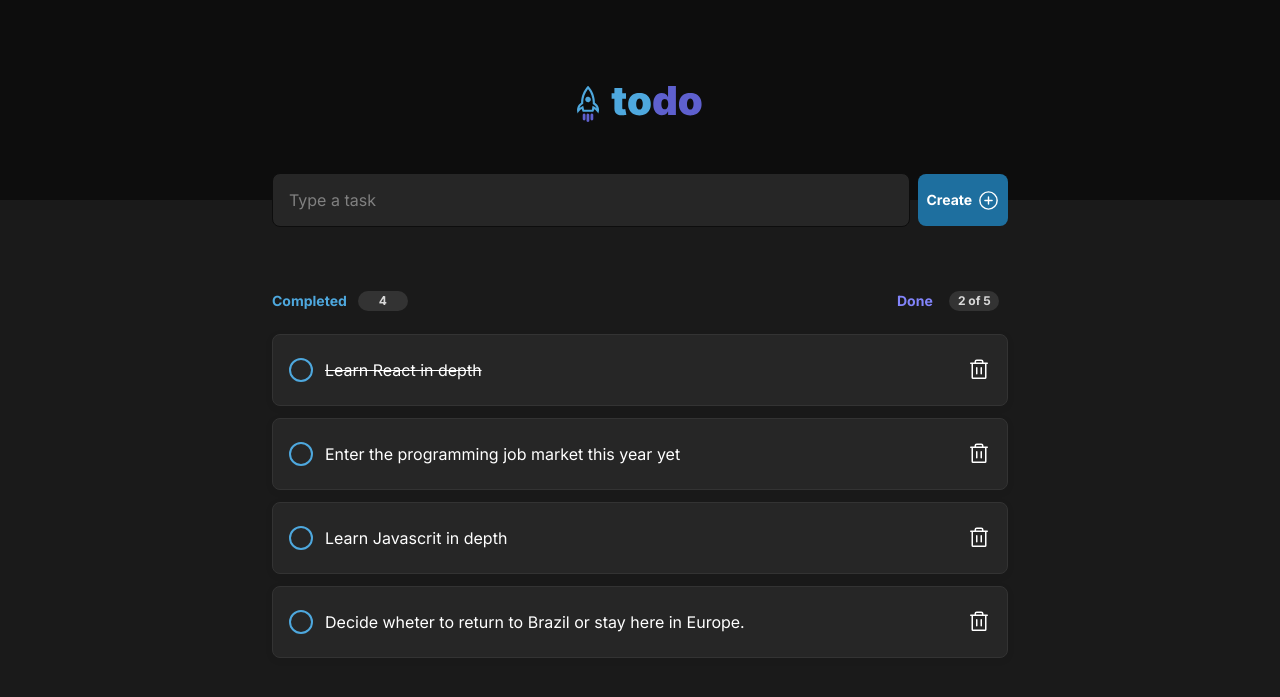
Repository: JoseGu1llardi/to-do-list-D01
Page: /
An editor plug-in stored every save of this project. The page is shown before and after the next save, followed by the edit.
The browser window is 1280 px wide. The pictures show the whole page.
The project was rebuilt for these pictures with package versions that can differ from the ones it lists, and the page was loaded fresh each time. Requests to the local data server were answered from the project's data file. Also part of the build but not shown: vite.config.ts.

Above is the page before, as saved 2023-03-13 22:01:04.

### index.html
<!DOCTYPE html>
<html lang="en">
  <head>
    <meta charset="UTF-8" />

    <link rel="preconnect" href="https://fonts.googleapis.com" />
    <link rel="preconnect" href="https://fonts.gstatic.com" crossorigin />

    <link
      href="https://fonts.googleapis.com/css2?family=Inter:wght@400;700&display=swap"
      rel="stylesheet"
    />

    <link rel="icon" type="image/svg+xml" href="/vite.svg" />
    <meta name="viewport" content="width=device-width, initial-scale=1.0" />
    <title>Vite + React + TS</title>
  </head>
  <body>
    <div id="root"></div>
    <script type="module" src="/src/main.tsx"></script>
  </body>
</html>

### src/App.tsx
import { TaskProvider } from './contexts/TaskContext';

import { Header } from "./components/Header";
import { Input } from "./components/Input";
import { Button } from "./components/Button";
import { TasksList } from "./components/TasksList";

import styles from './App.module.css';
import "./global.css";

function App() {
  return (
    <TaskProvider>
      <Header />

      <form className={styles.newTaskContainer}>
        <Input />
        <Button />
      </form>

      <div className={styles.tasksContainer}>
        <TasksList />
      </div>
    </TaskProvider>
  )
}

export default App

### src/contexts/TaskContext.tsx
import { useState, useEffect, createContext, ReactNode } from 'react';

import api from '../services/api';

export interface TaskType {
    id: number;
    content: string;
    status: boolean;
}

interface TaskProviderProps {
    children: ReactNode;
}

interface TaskConstextData {
    tasks: TaskType[];
}

export const TaskContext = createContext({} as TaskConstextData);

export function TaskProvider({ children }: TaskProviderProps) {
    const [tasks, setTasks] = useState<TaskType[]>([]);

    useEffect(() => {
        api.get("/tasks")
            .then(({ data }) => setTasks(data))
    }, [tasks]);

    return (
        <TaskContext.Provider value={{ tasks }}>
            {children}
        </TaskContext.Provider>
    )
}

### src/components/Header/index.tsx
import Logo from '../../assets/Logo (1).svg'

import styles from './styles.module.css';

export function Header() {
    return (
        <header className={styles.container}>
            <img src={Logo} />
        </header>
    )
}

### src/components/Input/index.tsx
import { InputHTMLAttributes } from 'react';

import styles from './styles.module.css';

interface InputProps extends InputHTMLAttributes<HTMLInputElement> {

}

export function Input() {
    return (
        <input
            type="text"
            className={styles.input}
            placeholder='Type a task'
        />
    )
}

### src/components/Button/index.tsx
import { PlusCircle } from '@phosphor-icons/react'

import styles from './styles.module.css';

export function Button() {
    return (
        <button className={styles.button}>
            <span>Create</span>
            <PlusCircle size={23} />
        </button>
    )
}

### src/components/TasksList/index.tsx
import { useContext } from 'react';

import { TaskContext } from '../../contexts/TaskContext';

import { Task } from '../Task';

import Clipboard from '../../assets/Clipboard.svg';

import styles from './styles.module.css';

export function TasksList() {
    const { tasks } = useContext(TaskContext);

    return (
        <>
            <section className={styles.info}>

                <div className={styles.created}>
                    <span>Completed</span>
                    <div className={styles.counterCreated}>
                        <p>{tasks.length}</p>
                    </div>
                </div>

                <div className={styles.done}>
                    <span>Done</span>
                    <div className={styles.doneCreated}>
                        <span>2 of 5</span>
                    </div>
                </div>

            </section>

            {
                tasks.length === 0 ? (
                    <section className={styles.tasks}>
                        <img src={Clipboard} alt="" />
                        <strong>You don't have tasks registered yet!</strong>
                        <span>Create tasks and organize your to-do list</span>
                    </section>
                ) : (
                    <section className={styles.list}>
                        {
                            tasks.map((task) => (
                                <Task
                                    key={task.id}
                                    content={task.content}
                                    status={task.status}
                                    id={task.id} />
                            ))
                        }
                    </section>
                )
            }
        </>
    )
}

### src/App.module.css
.newTaskContainer {
  display: flex;
  flex-direction: row;
  align-items: center;
  padding: 0px;
  gap: 8px;

  position: absolute;
  width: 46rem;
  height: 3.375rem;
  left: calc(50% - 736px / 2);
  top: 10.8125rem;
}

.tasksContainer {
  display: flex;
  flex-direction: column;
  align-items: flex-start;
  padding: 0px;
  gap: 24px;

  position: absolute;
  width: 736px;
  height: 287px;
  left: calc(50% - 736px / 2);
  top: 291px;
}

### src/global.css
:root {
  // Base
  --gray-100: #f2f2f2;
  --gray-200: #d9d9d9;
  --gray-300: #808080;
  --gray-400: #333333;
  --gray-500: #262626;
  --gray-600: #1a1a1a;
  --gray-700: #0d0d0d;

  --danger: #e25858;

  // Product
  --purple: #8284fa;
  --dark-purple: #5e60ce;
  --blue: #4ea8de;
  --dark-blue: #1e6f9f;
}

* {
  margin: 0;
  padding: 0;
  box-sizing: border-box;
}

body {
  color: #fff;
  background: var(--gray-600);

  width: 100%;
  height: 100%;
  max-height: 1024px;
  position: relative;
}

body,
input,
textarea,
button {
  font-family: "Inter", sans-serif;
  font-weight: 400;
  font-size: 1rem;
}

### src/services/api.ts
import axios from 'axios';

const api = axios.create({
    baseURL: "http://localhost:3000"
});

export default api;

### src/components/Header/styles.module.css
.container {
  position: absolute;
  height: 12.5rem;
  max-width: 100%;
  left: 0;
  right: 0;
  top: 0;

  display: flex;
  align-items: center;
  justify-content: center;

  background: var(--gray-700);
}

.container img {
  position: absolute;
  width: 7.875rem;
  height: 3rem;
}

### src/components/Input/styles.module.css
.input {
  box-sizing: border-box;

  display: flex;
  flex-direction: row;
  align-items: center;
  padding: 16px;
  gap: 8px;

  width: 638px;
  height: 54px;

  background: var(--gray-500);
  color: #fff;

  border: 1px solid var(--gray-700);
  border-radius: 8px;

  flex: none;
  order: 0;
  flex-grow: 1;
}

.input:focus {
  outline: transparent;
  box-shadow: 0 0 0 2px var(--dark-purple);
}

.input::placeholder {
  color: var(--gray-300);
}

### src/components/Button/styles.module.css
.button {
  width: 90px;
  height: 52px;

  display: flex;
  flex-direction: row;
  align-items: center;
  justify-content: center;
  gap: 16px;

  border: 0;
  border-radius: 8px;

  background: var(--dark-blue);
  color: white;

  cursor: pointer;

  transition: filter 0.2s;
}

.button span {
  width: 34px;
  height: 20px;

  font-weight: 700;
  font-size: 14px;
  line-height: 140%;

  color: var(--gray-100);

  flex: none;
  order: 0;
  flex-grow: 0;
}

.button img {
  width: 16px;
  height: 16px;

  flex: none;
  order: 1;
  flex-grow: 0;
}

.button:hover {
  background: var(--blue);
  filter: brightness(0.8);
}

### src/components/Task/index.tsx
import { useState, useContext } from 'react';

import api from '../../services/api';

import { TaskContext } from '../../contexts/TaskContext';

import { Trash } from '@phosphor-icons/react'

import styles from './styles.module.css';

interface TasksProps {
    id: number;
    content: string;
    status: boolean;
}[]

export function Task({ content, status, id }: TasksProps) {
    const [isChecked, setIsChecked] = useState(status);

    async function changeTaskStatus() {
        const response = await api.patch(`/tasks/${id}`, {
            status: !isChecked
        });

        setIsChecked(response.data.status);
    }

    return (
        <section className={styles.task}>
            <div>
                <input
                    id='checked'
                    type="checkbox"
                    onClick={changeTaskStatus}
                />
                <span
                    className={isChecked ? styles.isChecked : ''}
                >
                    {content}
                </span>
            </div>
            <Trash size={20} />
        </section>
    )
}

### src/components/TasksList/styles.module.css
.info {
  display: flex;
  flex-direction: row;
  justify-content: space-between;
  align-items: flex-end;
  padding: 0px;

  width: 736px;
  height: 19px;

  flex: none;
  order: 0;
  align-self: stretch;
  flex-grow: 0;
}

.created {
  display: flex;
  flex-direction: row;
  align-items: center;
  padding: 0px;
  gap: 8px;

  width: 139px;
  height: 19px;

  order: 0;
  flex-grow: 0;
}

.created span {
  font-family: "Inter";
  font-style: normal;
  font-weight: 700;
  font-size: 14px;
  line-height: 17px;

  color: var(--blue);

  flex: none;
  order: 0;
  flex-grow: 0;
}

.counterCreated {
  display: flex;
  flex-direction: row;
  justify-content: center;
  align-items: center;
  padding: 2px 8px;
  gap: 10px;
  margin: 0 auto;

  width: 50px;
  height: 20px;

  background: #333333;
  border-radius: 999px;

  order: 1;
  flex-grow: 0;
}

.counterCreated p {
  display: flex;
  flex-direction: row;
  font-style: normal;
  font-weight: 700;
  font-size: 12px;
  line-height: 15px;

  color: var(--gray-200);
}

.done {
  display: flex;
  box-sizing: border-box;
  flex-direction: row;
  align-items: center;
  padding: 0px;
  gap: 8px;

  width: 111px;
  height: 19px;

  order: 1;
  flex-grow: 0;
}

.done span {
  font-family: "Inter";
  font-style: normal;
  font-weight: 700;
  font-size: 14px;
  line-height: 17px;

  color: #8284fa;

  flex: none;
  order: 0;
  flex-grow: 0;
}

.doneCreated {
  display: flex;
  flex-direction: row;
  justify-content: center;
  box-sizing: border-box;
  align-items: center;
  padding: 2px 8px;
  gap: 10px;
  margin: 0 auto;

  width: 50px;
  height: 20px;

  background: #333333;
  border-radius: 999px;

  order: 1;
  flex-grow: 0;
}

.doneCreated span {
  display: flex;
  flex-direction: row;
  font-style: normal;
  font-weight: 700;
  font-size: 12px;
  line-height: 15px;

  color: var(--gray-200);
}

.tasks {
  box-sizing: border-box;

  display: flex;
  flex-direction: column;
  justify-content: center;
  align-items: center;
  padding: 64px 24px;
  gap: 16px;

  width: 736px;
  height: 244px;

  border-top: 1px solid #333333;
  border-radius: 8px;

  flex: none;
  order: 1;
  align-self: stretch;
  flex-grow: 0;
}

.tasks img {
  width: 56px;
  height: 56px;

  flex: none;
  order: 0;
  flex-grow: 0;
}

.tasks strong {
  display: block;
  font-style: normal;
  font-weight: 700;
  font-size: 16px;

  text-align: center;

  color: var(--gray-300);

  flex: none;
  align-self: stretch;
  flex-grow: 0;
}

.tasks span {
  font-style: normal;
  font-weight: 300;
  font-size: 16px;

  color: var(--gray-300);
}

.list {
  display: flex;
  flex-direction: column;
  align-items: flex-start;
  padding: 0px;
  gap: 12px;

  width: 736px;
  height: 382px;

  /* Inside auto layout */

  flex: none;
  order: 1;
  flex-grow: 0;
}

### src/components/Task/styles.module.css
.task {
  box-sizing: border-box;

  display: flex;
  flex-direction: row;
  align-items: center;
  flex-direction: row;
  justify-content: space-between;
  padding: 16px;
  gap: 12px;

  width: 736px;
  height: 72px;

  /* Gray 500 */

  background: #262626;
  /* Gray 400 */

  border: 1px solid #333333;
  box-shadow: 0px 2px 8px rgba(0, 0, 0, 0.06);
  border-radius: 8px;

  flex: none;
  order: 0;
  align-self: stretch;
  flex-grow: 0;
}

.task div {
  display: flex;
  flex-direction: row;
  align-items: center;
  flex-direction: row;
  gap: 12px;
}

.isChecked {
  text-decoration: line-through;
}

.task input[type="checkbox"] {
  -webkit-appearance: none;
  -moz-appearance: none;

  width: 24px;
  height: 24px;

  border: 2px solid var(--blue);
  border-radius: 50%;
  outline: none;

  background-color: transparent;
  background-position: center;
  background-repeat: no-repeat;

  cursor: pointer;

  flex: none;
  order: 0;
  flex-grow: 0;
}

.task input[type="checkbox"]:checked {
  width: 24px;
  height: 24px;

  transition-duration: all 1s ease;

  border: none;
  background-image: url("./../../assets/Layer 1.svg");
}

.task svg {
  display: flex;
  float: right;
  width: 24px;
  height: 24px;

  border-radius: 4px;

  flex: none;
  order: 2;
  flex-grow: 0;
}

.task svg:hover {
  background: #333333;
  border-radius: 4px;

  color: var(--danger);

  flex: none;
  order: 1;
  flex-grow: 0;

  cursor: pointer;
}

### src/db.json
{
  "tasks": [
    {
      "id": 1,
      "content": "Learn React in depth",
      "status": true
    },
    {
      "id": 2,
      "content": "Enter the programming job market this year yet",
      "status": false
    },
    {
      "id": 3,
      "content": "Learn Javascrit in depth",
      "status": false
    },
    {
      "id": 4,
      "content": "Decide wheter to return to Brazil or stay here in Europe.",
      "status": false
    }
  ]
}

Loaded but not shown: src/main.tsx (common file)

After the next save:
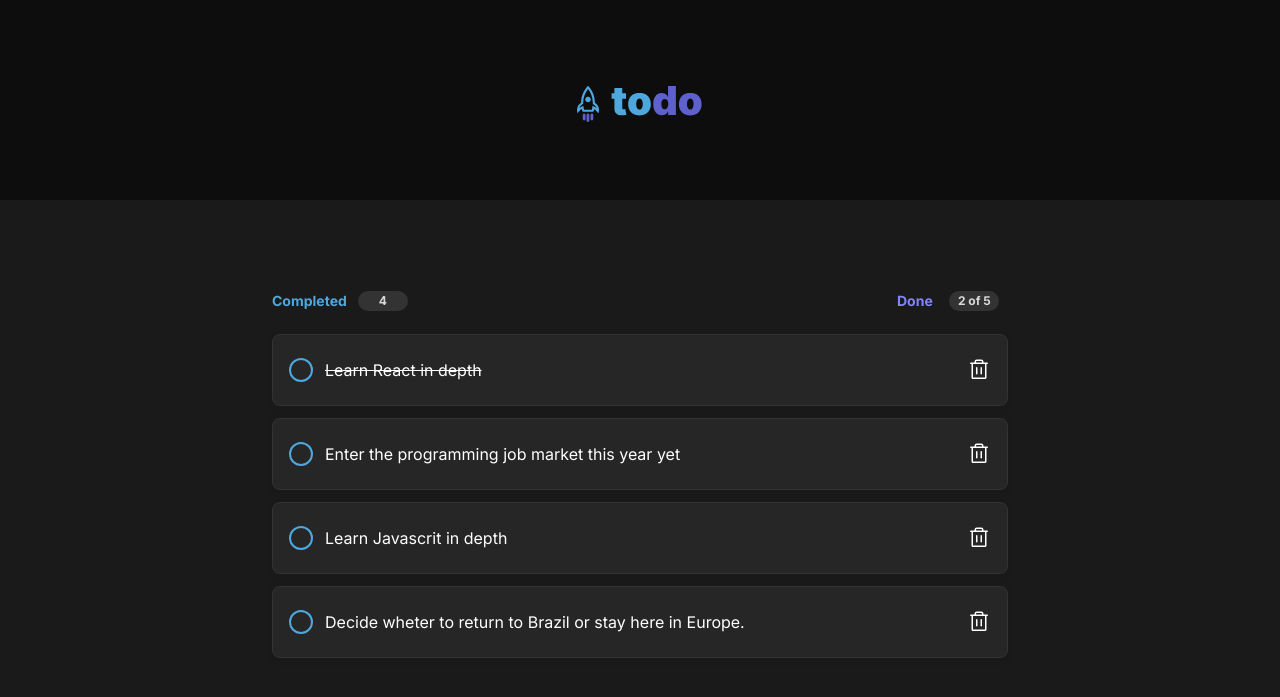
Saved 2 min 14 s later.
--- a/src/App.module.css
+++ b/src/App.module.css
@@ -1,17 +1,3 @@
-.newTaskContainer {
-  display: flex;
-  flex-direction: row;
-  align-items: center;
-  padding: 0px;
-  gap: 8px;
-
-  position: absolute;
-  width: 46rem;
-  height: 3.375rem;
-  left: calc(50% - 736px / 2);
-  top: 10.8125rem;
-}
-
 .tasksContainer {
   display: flex;
   flex-direction: column;
